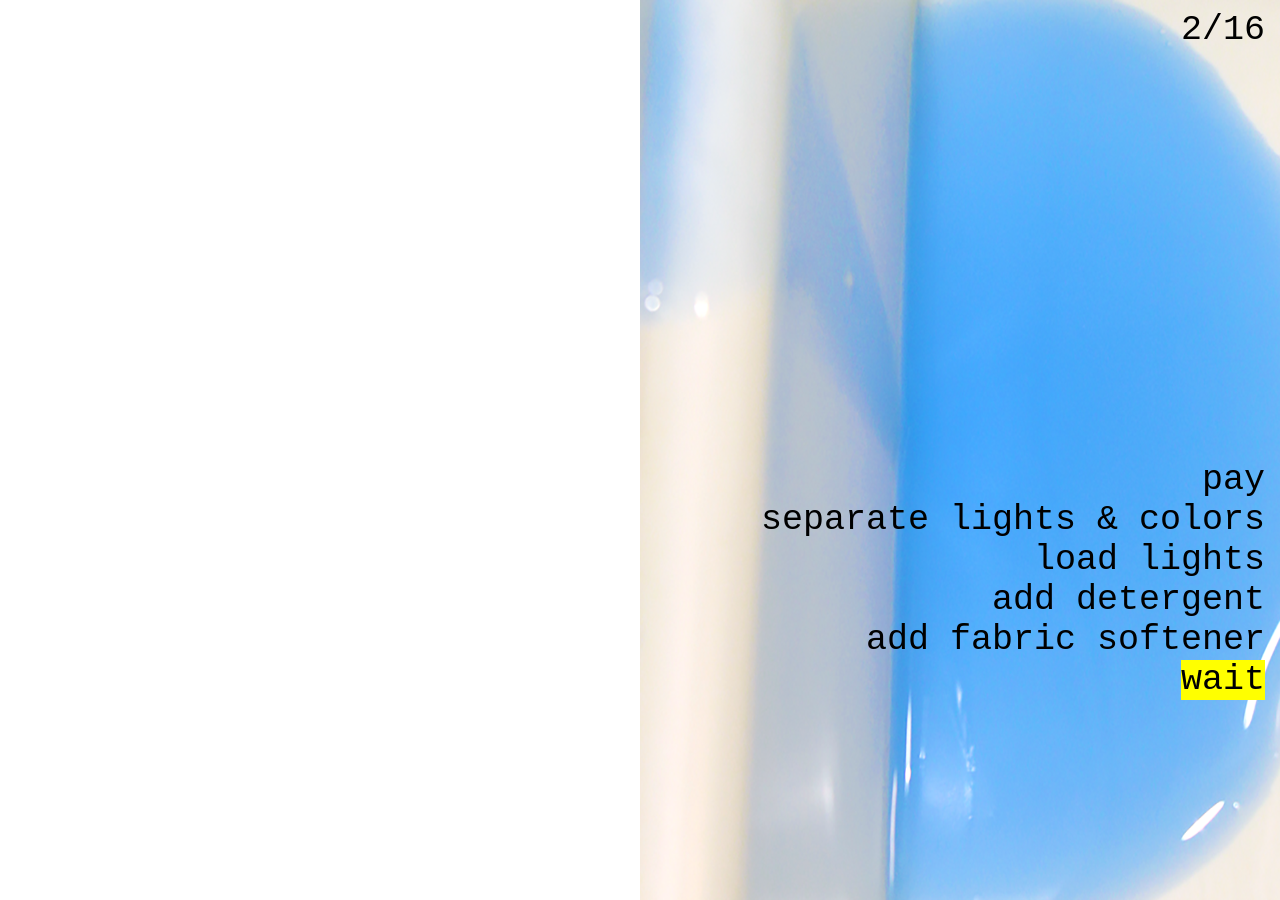
Repository: ortik455/ortik455.github.io
Page: studio/laundrysite/seven.html
The author's editor kept a record of every edit. The page is drawn from the files as they stood at one moment, then again after the next edit.
The browser window is 1280 px wide. The pictures show the whole page.

Above is the page before.

After the next edit:
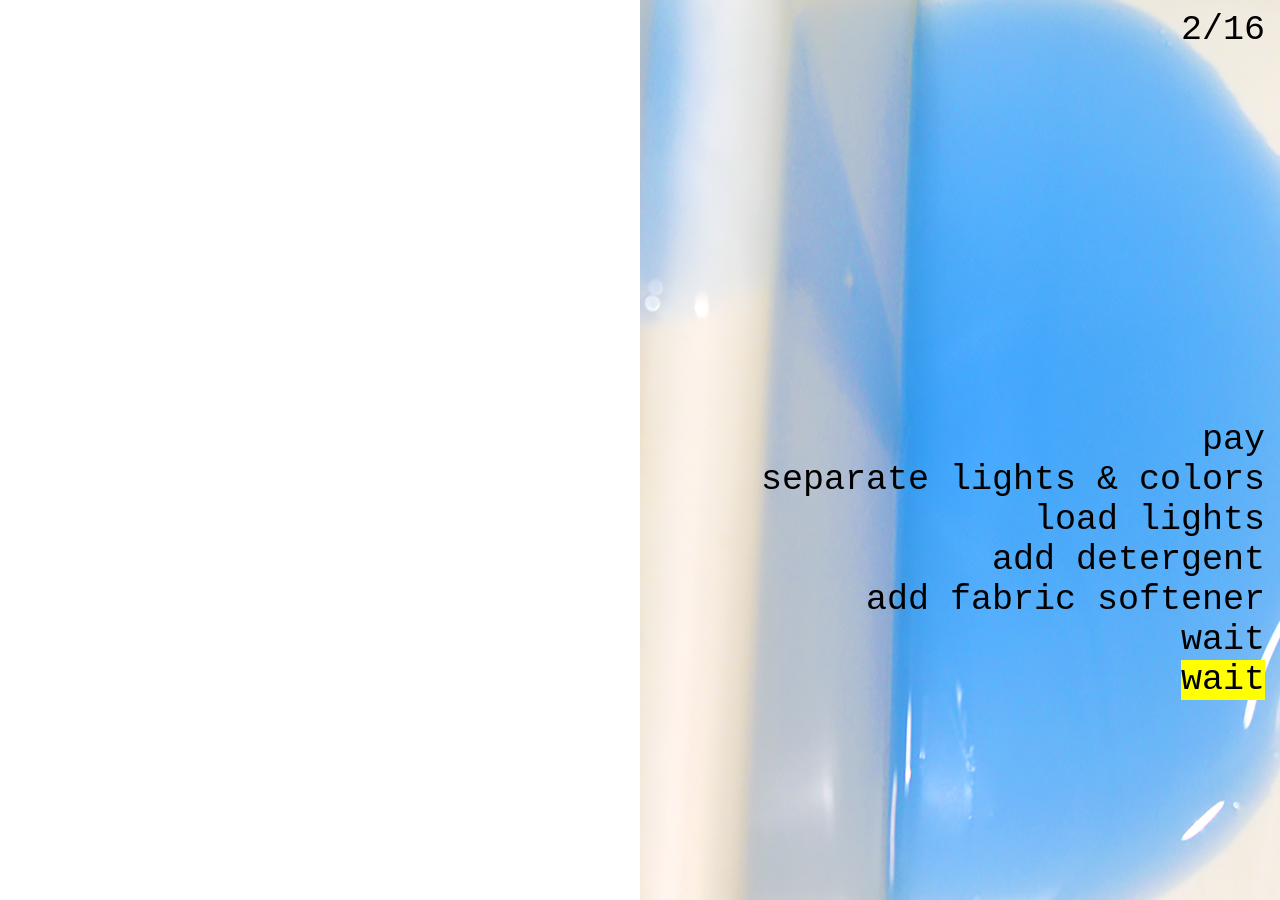
The edit:
--- a/studio/laundrysite/seven.html
+++ b/studio/laundrysite/seven.html
@@ -25,6 +25,8 @@
 		  	<br>
 		  	add fabric softener
 		  	<br>
+		  	wait
+		  	<br>
 		  	<mark>wait</mark>
 		</div>
 	  </div>
